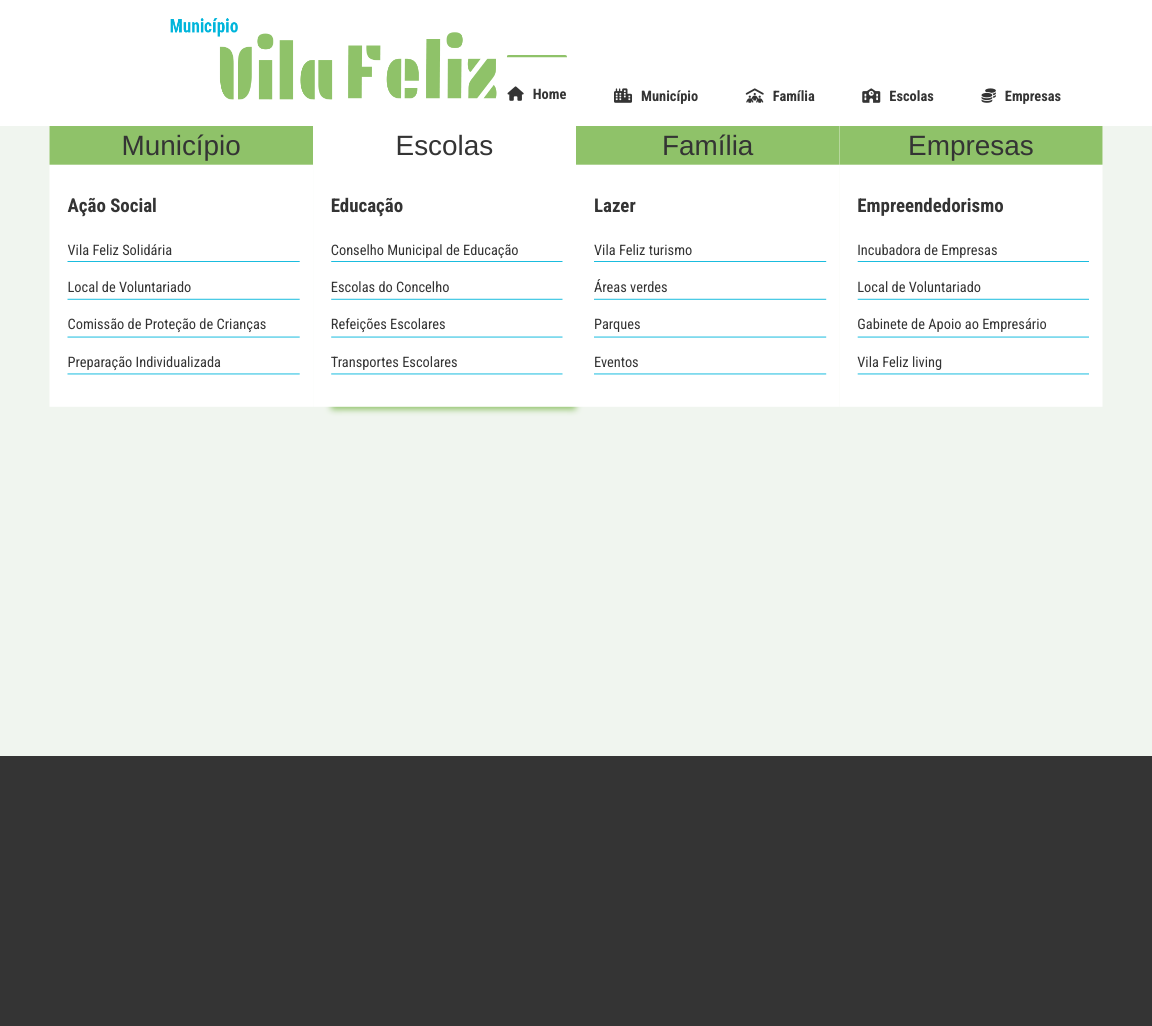
Repository: Goulart94/CmVilaFeliz
Page: municipio.html
The author's editor kept a copy of each file at every save. The page is drawn from the files as they stood at one save, then again after the next save.
The browser window is 1280 px wide. The pictures show the whole page, at 90% of full size.
Some web libraries are served in a nearby version. The style sheet was rebuilt from its Sass, Less or Tailwind sources for each picture, by a compiler version that may differ from the author's.

Above is the page before, as saved 2022-05-17 14:18:07.

### municipio.html
<!doctype html>
<html class="no-js" lang="pt" dir="ltr">

<head>
  <meta charset="utf-8">
  <meta http-equiv="x-ua-compatible" content="ie=edge">
  <meta name="viewport" content="width=device-width, initial-scale=1.0">
  <title>Foundation for Sites</title>
  <link rel="stylesheet" href="./css/foundation/foundation.css">
  <link rel="stylesheet" href="https://unpkg.com/swiper@8/swiper-bundle.min.css" />
  <link rel="stylesheet" href="./css/styleCity/app.css">
  <link rel="preconnect" href="https://fonts.googleapis.com">
  <link rel="preconnect" href="https://fonts.gstatic.com" crossorigin>
  <link href="https://fonts.googleapis.com/css2?family=Roboto+Condensed:wght@400;700&display=swap" rel="stylesheet">
  <script src="https://kit.fontawesome.com/14f2d6eca8.js" crossorigin="anonymous"></script>
</head>

<body>
<!--header-->
  <div class="ContaineHeader grid-x">
    <div class="logo cell small-4 medium-8 large-4">
      <img src="./images/logo.png" alt="logo">
    </div>
    <div class="navBar cell small-8 medium-4 large-8">
      <nav class="float-right">
        <ul>
          <li><a href="./home.html" class="active"><i class="fa-solid fa-house"></i>Home</a></li>
          <li><a><i class="fa-solid fa-city"></i>Município</a></li>
          <li><a><i class="fa-solid fa-people-roof"></i>Família</a></li>
          <li><a><i class="fa-solid fa-school"></i>Escolas</a></li>
          <li><a><i class="fa-solid fa-coins"></i>Empresas</a></li>
        </ul>
      </nav>
    </div>
  </div>
  <!--section 1-->
  <section class=" containerSection bgGray150">

    <div class="contentShortcuts  grid-container ">
      <div class=" cell small-12 medium-12  large-12  grid-x ">
        <div class=" cell small-3 medium-3 large-3">
          <div class="shortcuts ">
            <h3>Município</h3>
            <span>Ação Social</span>
            <ul>
              <li><a>Vila Feliz Solidária</a></li>
              <li><a>Local de Voluntariado</a> </li>
              <li><a>Comissão de Proteção de Crianças</a></li>
              <li><a>Preparação Individualizada</a></li>
            </ul>
          </div>

        </div>
        <div class="cell small-3 medium-3 large-3">
          <div class="shortcuts active">
            <h3>Escolas</h3>
            <span>Educação</span>
            <ul>
              <li><a>Conselho Municipal de Educação</a></li>
              <li><a>
                  Escolas do Concelho
                </a> </li>
              <li><a>Refeições Escolares</a></li>
              <li><a>Transportes Escolares</a></li>
            </ul>
          </div>

        </div>
        <div class="cell small-3 medium-3 large-3">
          <div class="shortcuts">
            <h3>Família</h3>
            <span>Lazer</span>
            <ul>
              <li><a>Vila Feliz turismo</a></li>
              <li><a>Áreas verdes</a> </li>
              <li><a>Parques</a></li>
              <li><a>Eventos</a></li>
            </ul>
          </div>
        </div>
        <div class="cell small-3 medium-3 large-3">
          <div class="shortcuts">
            <h3>Empresas</h3>
            <span>Empreendedorismo</span>
            <ul>
              <li><a>Incubadora de Empresas</a></li>
              <li><a>Local de Voluntariado</a> </li>
              <li><a>Gabinete de Apoio ao Empresário</a></li>
              <li><a>Vila Feliz living</a></li>
            </ul>
          </div>
        </div>
      </div>

  </section>

  <!--Footer-->
  <div class="footer">

  </div>







  <script src="js/vendor/jquery.js"></script>
  <script src="js/vendor/what-input.js"></script>
  <script src="js/vendor/foundation.js"></script>
  <script src="js/app.js"></script>
  <script src="https://unpkg.com/swiper/swiper-bundle.min.js"></script>



</body>

</html>

### css/styleCity/app.scss
//style Globol

* {
    margin: 0;
    padding: 0;
    color: var(--gray-900);
    box-sizing: border-box;


  }
    a {
      color: inherit;
      text-decoration: inherit;
    }

    button:hover {
      cursor: pointer;
    }

    a:hover {
      cursor: pointer;
    }

  //colors
  :root {


    --white: #FFFFFF;
    --gray-150: #f0f5ef;
    --green-300: #8FC269;
    --blue-300: #00B5DB;
    --gray-900: #343434;
  }

  //Fonts Google

  body {
    background-color: var(--white);
    font-family: Roboto Condensed, sans-serif;
    color: var(--gray-900);
  }

  //Header ---------------------------------

  .ContaineHeader {
    width: 100%;
    height: 140px;

    display: flex;
    align-items: flex-end;
    background-color: var(--white);




    .logo {
      margin-bottom: 16px;

      img {
        margin-left: 162px;
        max-width: 450px;
      }

    }

    .navBar {
      nav {
        margin-right: 100px;

        ul {
          display: flex;
          list-style-type: none;
          justify-items: flex-end;

          li {

            margin-bottom: 16px;
            margin-left: 35px;

             a{

              line-height: 83px;
              height: 52px;
              margin-left: 16px;
              padding: 1px;
              display: block;
              position: relative;
              font-weight: bold;
              border-top: 3px solid var(--white);
              border-radius: 2px;

              transition: 0.3s;

              i{
                margin-right: 10px;
                color: var(--gray-900);
              }

             }
            a:hover{

              border-top: 3px solid var(--blue-300);

            }

            .active{
              line-height: 5rem;
              border-top: 3px solid var(--green-300);
              border-radius: 2px;

           }

           &.active::after{
               content: '';
               border-top: 3px solid var(--green-300);
               border-radius: 2px;
               width: 100%;
               position: absolute;

           }

          }
        }
      }
    }
  }

  //Section 1-----------------------------------------------------


  .containerSectionOne {
    width: 100%;
    height: 100vh;
    background-image: url("../images/imgSection1.jpg");
    background-size: cover;

    .containerImg {
      width: 65%;
      display: flex;
      align-items: center;
      margin: 0 auto;

      img {
        margin-top: 140px;
      }
    }
  }

  //section 2, foi alterado o código base de alguns elementos do Foundation. (cor e text e buttom alterados para melhorar a acessibilidade.)
  .containerSectionTwo {
    width: 100%;


    img {
      height: 700px;
      object-fit: fill;
    }

    .news {
      width: 100%;
      display: flex;
      flex-direction: column;
      z-index: 10;
      color: var(--white);

      .now {
        color: var(--white);
        margin-left: 10.5%;
        max-width: 180px;
        padding: 5px;

        background-color: var(--blue-300)
      }

      .allNews {
        color: var(--white);
        max-width: 150px;
        margin-left: 10.5%;
        padding: 5px;
        background-color: var(--green-300)
      }
      .allNews:hover{
        cursor: pointer;
        font-weight: 700;
      }
    }

    .containerText {
      max-height: 500px;
      margin: 0 auto;
      background-color: rgba(52, 52, 52, 0.8);
      border-radius: 10px;
      padding: 17px;
      overflow: hidden;

      h1 {

        font-size: 48px;
        font-weight: bold;
        text-align: left;
        color: var(--white);
      }

      p {
        height: 200px;
        text-align: left;
        font-size: 16px;
        color: var(--white);
        overflow: hidden;

      }
    }

    .buttomSlider {
      font-size: 90px;
      color: var(--green-300);
    }

    .buttomInfo{
      float: right;
      color: var(--gray-900);
      background: var(--white);
      z-index: 9999999 !important;

      border-radius: 10px;
      padding: 8px;
      transition: 0.3s;

      span {
        color: var(--blue-300);
        font-weight: 700;
      }

      &:hover{
        transform:  scale(1.2) !important;
      }

    }
    .buttomInfo:hover{
      cursor: pointer;
      transform:  scale(1.2) !important;
    }


  }

  //sectio 3----------------------------------------*


  .conteinerSectiontree {
    display: flex;
    justify-content: space-evenly;
    width: 100%;
    height: 700px;
    background: url(../images/formas.png);
    background-size: cover;
    background-size: 100% 100%;

    .contentPhone {

      display: flex;
      position: relative;

      div {
        width: 100%;
        display: flex;
        justify-content: flex-end;
        position: absolute;
        bottom: 0;

        img {
          margin-right: 15%;
          max-height: 600px;
        }
      }
    }

    .containerTextAPP {

      display: flex;
      justify-content: right;
      align-items: center;
      margin-top: 30px;

      .textApp {
        max-width: 600px;

        padding: 16px;

        .containerButtom {
          width: 80%;
          display: flex;
          justify-content: space-between;
          align-items: center;

          .buttomPlayStore {
            width: 200px;
            padding: 16px;
            border-radius: 20px;
            background: var(--green-300);
            font-weight: 700;
            transition: 0.3s;
          }

          .buttomAppStore {
            width: 200px;
            padding: 16px;
            border-radius: 20px;
            background: var(--blue-300);
            font-weight: 700;
            transition: 0.3s;
          }
        }

        .buttomPlayStore:hover {
          transform: scale(1.1);

        }

        .buttomAppStore:hover {
          transform: scale(1.1);
        }


      }

    }

  }



  //section 4, foi usado classes da section nas demais section para criação das formas do header---*
  .bgGray150 {
    background: var(--gray-150);
  }

  .bgGray50 {
    background: var(--white);
  }
  //formas cabeçalho das sections 4, 5, 6
  .ruleGreen{
    width: 100%;
    height: 43.8px;
    background: var(--green-300);
  }

  .containerSection {
    width: 100%;
    height: 700px;

    .contentHeader {
      width: 100%;
      height: 15%;


      .divTitle {
        display: flex;
        position: relative;

        .title {
          position: absolute;
          bottom: 0;
          font-weight: 700;
          font-size: 38px;
        }


        .formaLarge {
          position: absolute;
          bottom: 0;
          width: 100%;
          height: 8px;
          background-color: var(--blue-300);
        }
      }

      .formaContent {
        display: flex;
        position: relative;


        .formaSmall {
          position: absolute;
          bottom: 0;
          width: 20px;
          height: 70%;
          background-color: var(--blue-300);
        }
      }
    }
  /// end.*

    .contentShortcuts {

      width: 100%;



      .shortcuts {
        height: 100%;
        padding-bottom: 20px;
        background: var(--white);


        h3 {

          font-weight: 400;
          background: var(--green-300);
          text-align: center;
          margin-bottom: 30px;
        }

        span {
          margin: 20px;
          font-size: 21px;
          font-weight: 700;
        }

        ul {
          margin-top: 20px;
          list-style-type: none;

          li {
            margin-bottom: 15px;
            margin-right: 15px;
            border-bottom: 1px solid var(--blue-300);
          }
        }

        a:hover {
          font-weight: 700;
        }

        &.active{
           h3{
             background: var(--white);
           }
           box-shadow: 10px 14px 7px -10px var(--green-300);
        }
      }
    }

    .shortcutsDirect{
      margin-top: 20px;
      height: 200px;
      display: flex;
      align-items: center;
      justify-content: space-around;


       .link{
      background: var(--white);
       display:flex;
       align-items: center;
       text-align: center;
       width: 22%;
       height: 90%;
       border: 3px solid var(--blue-300);
       border-radius: 10px;
       transition: 0.3s;
        span{

          margin: 0 auto;
        }
       }
       .link:hover{
         cursor: pointer;
         transform: scale(1.1);
       }

    }


  }


  //section 5 && section 6-------------------------------*

  .contentAboutUs {
    width: 100%;
    height: auto;


    .containerText {
      height: 500px;
      display: flex;
      align-items: center;


      .contentText {
        margin: 0 auto;
        max-width: 600px;
        height: 90%;
        display: flex;
        flex-direction: column;
        position: relative;


        p {
          margin-bottom: 10px;
          padding-left: 16px;
          padding-right: 16px;
          height: 80%;
          overflow: hidden;
          span{
            font-weight: 700;
          }
        }

        .buttomKnowMore {
          position: absolute;
          right: 0;
          bottom: 0;
          padding: 10px 20px 10px 20px;
          border-radius: 10px;
          border: 3px solid var(--green-300);
          font-weight: 700;
          span{
            color: var(--blue-300);
          }
          transition: 0.3s;

        }
        .buttomKnowMore:hover{
            transform: scale(1.1);
          }

      }
    }


    .containerImg {

      height: 100%;
      display: flex;
      align-items: center;

      .contentImg {
        margin-left: 20px;
        margin-right: 20px;
        height: 90%;

        img {

          height: 100%;
        }
      }

    }

  }

  //section 7 --------------------------------------------*

  .contentschedule{
     width: 100%;
  }


  .contentDates{
    width: 100%;
    max-height: 500px;
    display: flex;
    flex-direction: column;



       .allDates{
         color: #00B5DB;
         font-weight: 700;
         margin: 0 30px 20px 0;
         padding-bottom: 5px;
         max-width: 250px;
         float: right;
         border-bottom: 3px solid var(--green-300);
         transition: 0.3s;
         i{
           color: var(--gray-900);
           margin-right: 5px;
         }

       }
       .allDates:hover{
         transform: scale(1.1);
       }



  }

  .buttomPreviousSlider{
    font-size: 90px;
    color: var(--green-300);
    float: left;

  }
  .buttomNextSlider {
    font-size: 90px;
    color: var(--green-300);
    float:right;
    width: auto;

  }

  .contentSlider{
    width: 90%;
    height: 450px;
    margin: 0 auto;

    display: flex;
    justify-content: space-around;
    align-items: center;
    .news{
      display: flex;
      flex-direction: column;
      margin: 10px;
      width: 210px;
      height: 380px;
      overflow: hidden;
      background-color: var(--white);

       .containerImg{

         width: 100%;
         height: 250px;
         img{
           width:100% ;
           height: 250px;
         }
       }


      .infoNews{
        padding: 0;
        margin: 10px;
        list-style-type: none;


        .title{
          font-size: 21px;
          margin-bottom: 10px;
        }
        .date{
          font-size: 18px;
        }
        .place{
          font-size: 14px;
        }
      }
    }
    .news:hover{
      cursor: pointer;
    }

  }


  //footer-----------------------------------------------

  .footer{
    width: 100%;
    height: 300px;
    background: #343434;
  }

Loaded but not shown: js/vendor/jquery.js (library); js/vendor/what-input.js (library); js/vendor/foundation.js (library); js/app.js (common file); css/foundation/foundation.scss (6468 lines, source omitted)

After the next save:
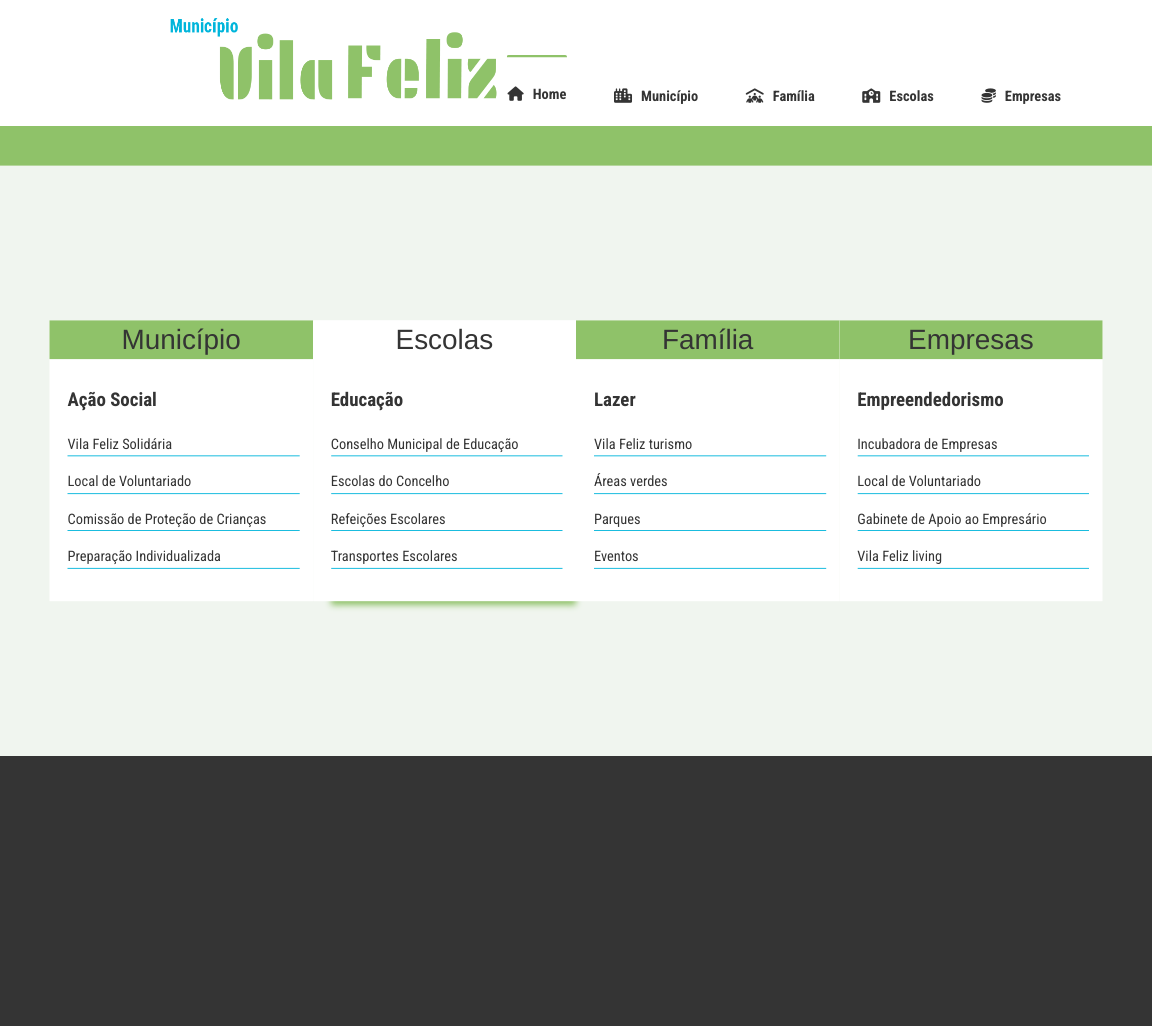
Saved 4 min 12 s later.
--- a/municipio.html
+++ b/municipio.html
@@ -34,8 +34,8 @@
     </div>
   </div>
   <!--section 1-->
-  <section class=" containerSection bgGray150">
-
+  <section class=" containerSection grid-x bgGray150">
+    <div class=" cell small-12 medium-12 large-12  grid-x ruleGreen"></div>
     <div class="contentShortcuts  grid-container ">
       <div class=" cell small-12 medium-12  large-12  grid-x ">
         <div class=" cell small-3 medium-3 large-3">
